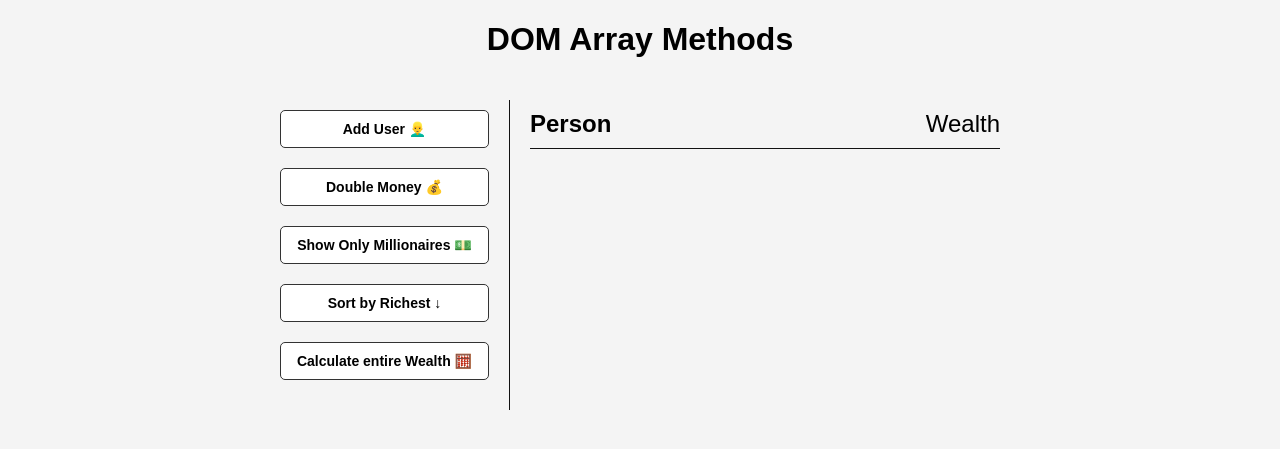
Repository: Youvelop/DOMArrayMethods
Page: index.html
An editor plug-in stored every save of this project. The page is shown before and after the next save, followed by the edit.
The browser window is 1280 px wide. The pictures show the whole page.
The page's requests for data from a server got no answer.

Above is the page before, as saved 2020-07-01 14:31:39.

### index.html
<!DOCTYPE html>
<html lang="en">
  <head>
    <meta charset="UTF-8" />
    <meta name="viewport" content="width=device-width, initial-scale=1.0" />
    <link rel="stylesheet" href="style.css" />
    <title>DOM Array Methods</title>
  </head>
  <body>
    <h1>DOM Array Methods</h1>

    <div class="container">
      <aside>
        <button id="add-user">Add User 👱‍♂️</button>
        <button id="double">Double Money 💰</button>
        <button id="show-millionaire">Show Only Millionaires 💵</button>
        <button id="sort">Sort by Richest ↓</button>
        <button id="calculate-wealth">Calculate entire Wealth 🧮</button>
      </aside>
      <main id="main">
        <h2><strong>Person</strong>Wealth</h2>
      </main>
    </div>

    <script src="script.js"></script>
  </body>
</html>

### style.css
* {
  box-sizing: border-box;
}
body {
  background: #f4f4f4;
  font-family: Arial, Helvetica, sans-serif;
  display: flex;
  flex-direction: column;
  align-items: center;
  min-height: 100vh;
  margin: 0;
}

.container {
  display: flex;
  padding: 20px;
  margin: 0 auto;
  max-width: 100%;
  width: 800px;
}

aside {
  padding: 10px 20px;
  width: 250px;
  border-right: 1px solid #111;
}
button {
  cursor: pointer;
  background-color: #fff;
  border: solid 1px #333;
  border-radius: 5px;
  display: block;
  width: 100%;
  padding: 10px;
  margin-bottom: 20px;
  font-weight: bold;
  font-size: 14px;
}

main {
  flex: 1;
  padding: 10px 20px;
}

h2 {
  border-bottom: 1px solid #111;
  padding-bottom: 10px;
  display: flex;
  justify-content: space-between;
  font-weight: 300;
  margin: 0 0 20px;
}
h3 {
  background-color: #fff;
  border-bottom: 1px solid #111;
  padding: 10px;
  display: flex;
  justify-content: space-between;
  font-weight: 300;
  margin: 20px 0 0;
}

.person {
  display: flex;
  justify-content: space-between;
  font-size: 20px;
  margin-bottom: 10px;
}

### script.js
const main = document.getElementById('main');
const addUserBtn = document.getElementById('add-user');
const doubleBtn = document.getElementById('double');
const showMillionairesBtn = document.getElementById('show-millionaires');
const sortBtn = document.getElementById('sort');
const calculateWealthBtn = document.getElementById('calculate-wealth');

let datd = [];

getRandomUser();
getRandomUser();
getRandomUser();

// Fetch random user and add money
async function getRandomUser() {
  const res = await fetch('https://randomuser.me/api');
  const data = await res.json();

  const user = data.results[0];

  const newUser = {
    name: `${user.name.first} ${user.name.last}`,
    money: Math.floor(Math.random() * 1000000),
  };

  addData(newUser);
}

// Add new obj to data arr
function addData(obj) {
  data.push(obj);

  updateDOM();
}

// Update DOM
function updateDOM(providedData = data) {
  // Clear main div
  main.innerHTML = '<h2><strong>Person</strong>Wealth</h2>';

  providedData.forEach((item) => {
    const element = document.createElement('div');
    element.classList.add('person');
    element.innerHTML = `<strong>${item.name}</strong> ${formatMoney(
      item.money
    )}`;
    main.appendChild(element);
  });
}

// Format number as money
function formatMoney(number) {
  return '$' + number.toFixed(2).replace(/\d(?=(\d{3})+\.)/g, '$&,');
}

// Event Listeners
addUserBtn.addEventListener('click', getRandomUser);

After the next save:
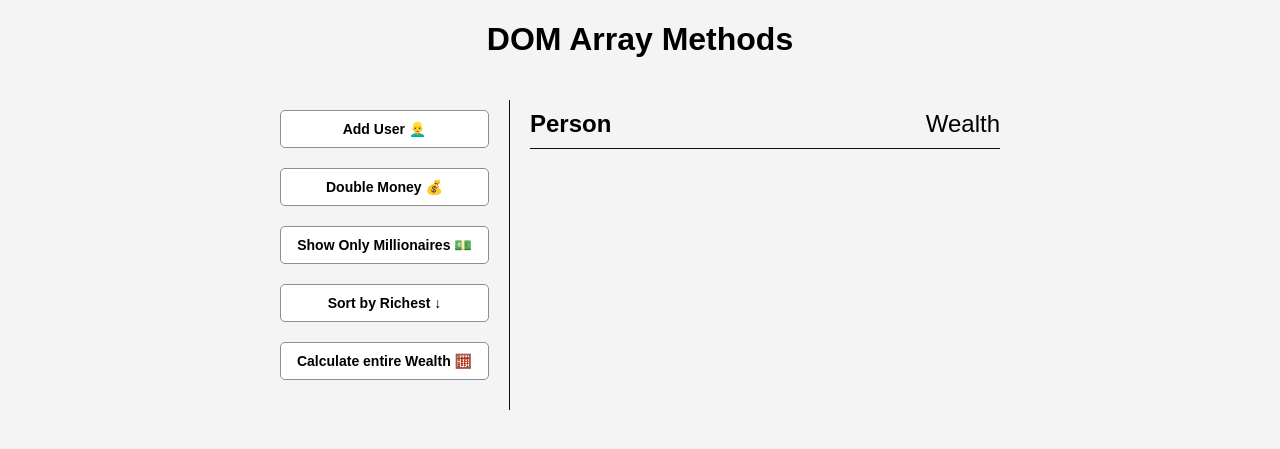
Saved 24 s later.
--- a/style.css
+++ b/style.css
@@ -27,7 +27,7 @@ aside {
 button {
   cursor: pointer;
   background-color: #fff;
-  border: solid 1px #333;
+  border: solid 1px rgb(142, 142, 142);
   border-radius: 5px;
   display: block;
   width: 100%;
